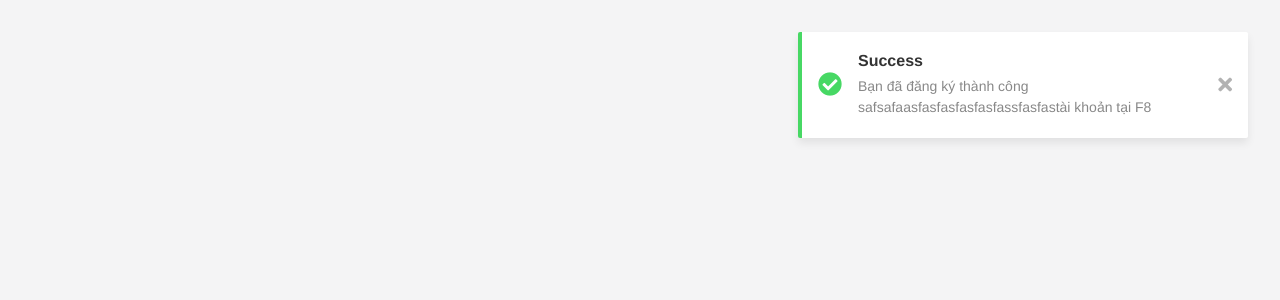
Repository: vuongtm1999/Toast_Message
Page: toast-message.html
These files come from the project's save history. The page is drawn as it stood at one moment and after the next save; the edit follows.
The browser window is 1280 px wide. The pictures show the whole page.

Above is the page before, as saved 2022-09-01 12:58:57.

### toast-message.html
<!DOCTYPE html>
<html lang="en">
  <head>
    <meta charset="UTF-8" />
    <meta http-equiv="X-UA-Compatible" content="IE=edge" />
    <meta name="viewport" content="width=device-width, initial-scale=1.0" />
    <link
      rel="stylesheet"
      href="https://cdnjs.cloudflare.com/ajax/libs/font-awesome/5.15.1/css/all.min.css"
      integrity="sha512-+4zCK9k+qNFUR5X+cKL9EIR+ZOhtIloNl9GIKS57V1MyNsYpYcUrUeQc9vNfzsWfV28IaLL3i96P9sdNyeRssA=="
      crossorigin="anonymous"
    />
    <link rel="stylesheet" href="toast-message.css" />
    <script type="text/javascript" src="toast-message.js"></script>
    <title>Toast message</title>
  </head>
  <body>
    <div id="toast">
        <div class="toast toast--success">
            <div class="toast__icon">
              <i class="fas fa-check-circle"></i>
            </div>
            <div class="toast__body">
              <h3 class="toast__title">Success</h3>
              <p class="toast__msg">Bạn đã đăng ký thành công safsafaasfasfasfasfasfassfasfastài khoản tại F8</p>
            </div>
            <div class="toast__close">
              <i class="fas fa-times"></i>
            </div>
          </div>
    </div>
    <!-- <div class="toast toast--success">
      <div class="toast__icon">
        <i class="fas fa-check-circle"></i>
      </div>
      <div class="toast__body">
        <h3 class="toast__title">Success</h3>
        <p class="toast__msg">Bạn đã đăng ký thành công tài khoản tại F8</p>
      </div>
      <div class="toast__close">
        <i class="fas fa-times"></i>
      </div>
    </div> -->

    <!-- <div class="toast toast--warning">
      <div class="toast__icon">
        <i class="fas fa-info-circle"></i>
      </div>
      <div class="toast__body">
        <h3 class="toast__title">Success</h3>
        <p class="toast__msg">Bạn đã đăng ký thành công tài khoản tại F8</p>
      </div>
      <div class="toast__close">
        <i class="fas fa-times"></i>
      </div>
    </div> -->

    <!--
    <div class="toast toast--error">
      <div class="toast__icon">
        <i class="fas fa-exclamation-circle"></i>
      </div>
      <div class="toast__body">
        <h3 class="toast__title">Success</h3>
        <p class="toast__msg">Bạn đã đăng ký thành công tài khoản tại F8</p>
      </div>
      <div class="toast__close">
        <i class="fas fa-times"></i>
      </div>
    </div>
    -->

    <!-- <div>
      <div onclick="showSuccessToast();" class="btn btn--success">
        Show success toast
      </div>
      <div onclick="showErrorToast();" class="btn btn--danger">
        Show error toast
      </div>
    </div> -->

    <script>
      function showSuccessToast() {
        toast({
          title: "Thành công!",
          message: "Bạn đã đăng ký thành công tài khoản tại F8.",
          type: "success",
          duration: 5000,
        });
      }

      function showErrorToast() {
        toast({
          title: "Thất bại!",
          message: "Có lỗi xảy ra, vui lòng liên hệ quản trị viên.",
          type: "error",
          duration: 5000,
        });
      }
    </script>
  </body>
</html>

### toast-message.css
* {
    padding: 0;
    margin: 0;
    box-sizing: border-box;
}

body {
    height: 100vh;
    display: flex;
    flex-direction: column;
    font-family: "Helvetica Neue";
    background-color: #f4f4f5;
}

body>div {
    margin: auto;
}

/* ======= Buttons ======== */

/* Block */
.btn {
    display: inline-block;
    text-decoration: none;
    background-color: transparent;
    border: none;
    outline: none;
    color: #fff;
    padding: 12px 48px;
    border-radius: 50px;
    cursor: pointer;
    min-width: 120px;
    transition: opacity 0.2s ease;
}

/* Modifier */
.btn--size-l {
    padding: 16px 56px;
}

.btn--size-s {
    padding: 8px 32px;
}

.btn:hover {
    opacity: 0.8;
}

.btn+.btn {
    margin-left: 16px;
}

.btn--success {
    background-color: #71be34;
}

.btn--warn {
    background-color: #ffb702;
}

.btn--danger {
    background-color: #ff623d;
}

.btn--disabled {
    opacity: 0.5 !important;
    cursor: default;
}

/* ======= Toast message ======== */

#toast {
    position: fixed;
    top: 32px;
    right: 32px;
    z-index: 999999;
}

.toast {
    display: flex;
    align-items: center;
    background-color: #fff;
    border-radius: 2px;
    padding: 20px 0;
    min-width: 400px;
    max-width: 450px;
    border-left: 4px solid;
    box-shadow: 0 5px 8px rgba(0, 0, 0, 0.08);
    /* transition: all linear 0.3s; */
}

/* @keyframes slideInLeft {
    from {
        opacity: 0;
        transform: translateX(calc(100% + 32px));
    }

    to {
        opacity: 1;
        transform: translateX(0);
    }
}

@keyframes fadeOut {
    to {
        opacity: 0;
    }
} */

.toast--success {
    border-color: #47d864;
}

.toast--success .toast__icon {
    color: #47d864;
}

.toast--info {
    border-color: #2f86eb;
}

.toast--info .toast__icon {
    color: #2f86eb;
}

.toast--warning {
    border-color: #ffc021;
}

.toast--warning .toast__icon {
    color: #ffc021;
}

.toast--error {
    border-color: #ff623d;
}

.toast--error .toast__icon {
    color: #ff623d;
}

.toast+.toast {
    margin-top: 24px;
}

.toast__icon {
    font-size: 24px;
}

.toast__icon,
.toast__close {
    padding: 0 16px;
}

.toast__body {
    flex-grow: 1;
}

.toast__title {
    font-size: 16px;
    font-weight: 600;
    color: #333;
}

.toast__msg {
    font-size: 14px;
    color: #888;
    margin-top: 6px;
    line-height: 1.5;
}

.toast__close {
    font-size: 20px;
    color: rgba(0, 0, 0, 0.3);
    cursor: pointer;
}

Loaded but not shown: toast-message.js (no stored copy; drawn as an empty file)

After the next save:
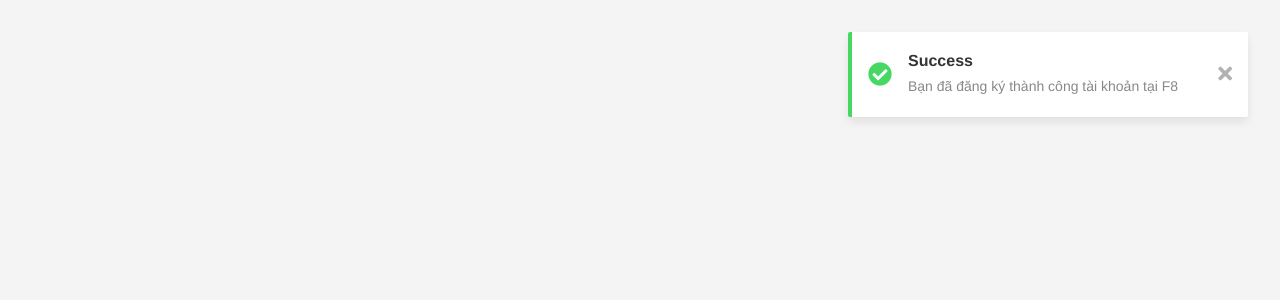
Saved 7 s later.
--- a/toast-message.html
+++ b/toast-message.html
@@ -22,7 +22,7 @@
             </div>
             <div class="toast__body">
               <h3 class="toast__title">Success</h3>
-              <p class="toast__msg">Bạn đã đăng ký thành công safsafaasfasfasfasfasfassfasfastài khoản tại F8</p>
+              <p class="toast__msg">Bạn đã đăng ký thành công tài khoản tại F8</p>
             </div>
             <div class="toast__close">
               <i class="fas fa-times"></i>
